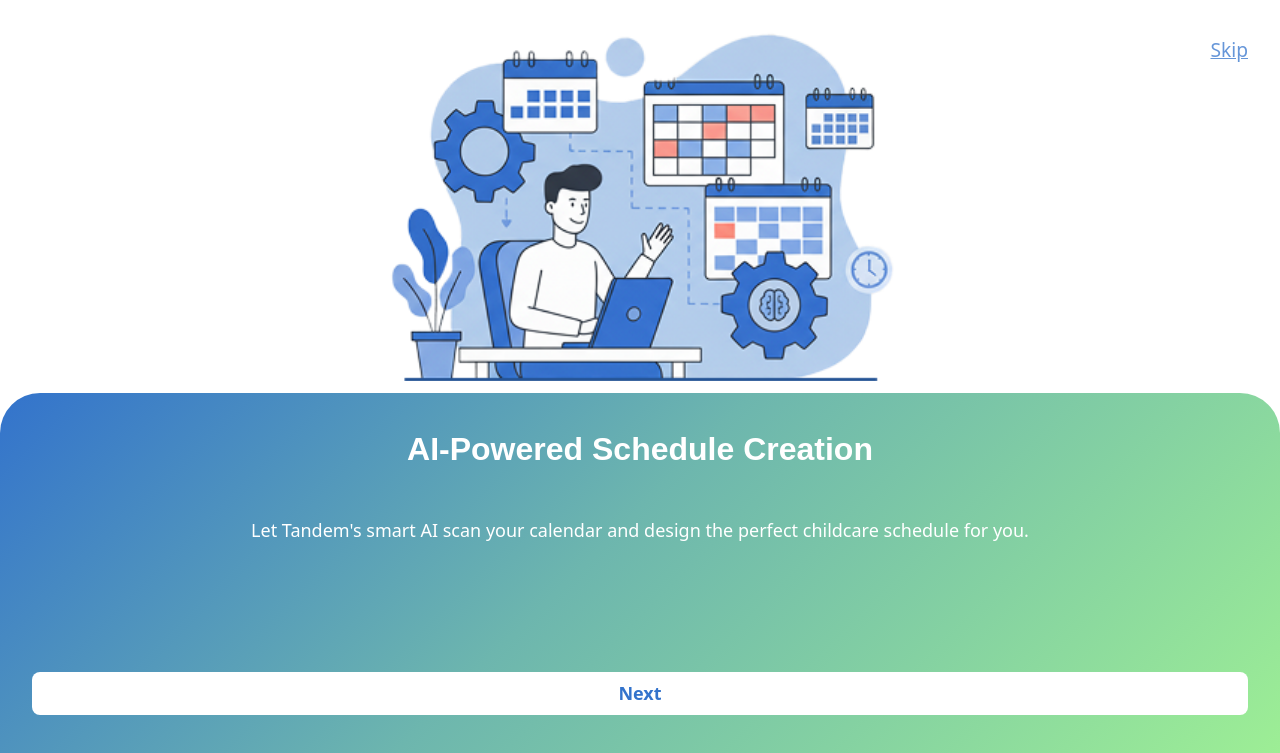
Repository: IDSP-TRADECARE/Tandem
Page: /boarding/features
The author's editor kept a copy of each file at every save. The page is drawn from the files as they stood at one save, then again after a run of saves.
The browser window is 1280 px wide. The pictures show the whole page.
The page's requests for data from a server got no answer. Some web fonts or font styles are not loaded; a fallback is used. The project was rebuilt for these pictures with package versions that can differ from the ones it lists, and the page was loaded fresh each time. Some packages were replaced by stand-ins written for this rebuild. The framework's server and built-in components were replaced by stand-ins that run in the browser. No one was signed in, and anything a server would have sent is missing. Also part of the build but not shown: next.config.ts, src/app/components/auth/AuthGuard.tsx.

Above is the page before, as saved 2025-11-23 00:32:47.

### src/app/layout.tsx
/* eslint-disable @next/next/no-page-custom-font */
import { ClerkProvider } from '@clerk/nextjs'
import { SocketProvider } from '@/lib/socket/SocketContext'
import './globals.css'
import type { Metadata } from "next";
import { AuthWrapper } from './components/auth/AuthWrapper';


export const metadata: Metadata = {
  title: "Tandem",
  description: "Share childcare with your community",
  icons: {
    icon: 'brand/logoColor.svg',
  },
};

export default function RootLayout({
  children,
}: Readonly<{
  children: React.ReactNode;
}>) {
  return (
    <ClerkProvider>
      <html lang="en">
        <head>
          {/* Omnes Pro from Adobe Fonts */}
          <link rel="stylesheet" href="https://use.typekit.net/pku8yek.css" />

          {/* Alan Sans from Google Fonts */}
          <link rel="preconnect" href="https://fonts.googleapis.com" />
          <link rel="preconnect" href="https://fonts.gstatic.com" crossOrigin="anonymous" />
          <link href="https://fonts.googleapis.com/css2?family=Alan+Sans:wght@300..900&display=swap" rel="stylesheet" />
        </head>
        <body className="antialiased">
          <SocketProvider>
            <AuthWrapper>
              {children}
            </AuthWrapper>
          </SocketProvider>
        </body>
      </html>
    </ClerkProvider>
  )
}

### src/app/boarding/features/page.tsx
"use client";
import { useState } from "react";
import { useRouter } from "next/navigation";
import styles from "./features.module.css";

const features = [
    {
        id: 1,
        title: "AI-Powered Schedule Creation",
        description:
            "Let Tandem's smart AI scan your calendar and design the perfect childcare schedule for you.",
        imgSrc: "/boarding/Graphic-ai-powered-feature1.png",
    },
    {
        id: 2,
        title: "Seamless Nanny Booking",
        description:
            "Effortlessly discover and book reliable nannies tailored to your family's needs.",
        imgSrc: "/boarding/Seamless-nanny-booking-feature2.png",
    },
    {
        id: 3,
        title: "Intelligent Nanny Sharing",
        description:
            "Team up with nearby families to share trusted nannies, cutting costs while building lasting connections.",
        imgSrc: "/boarding/Intelligent-nanny-sharing-feature3.png",
    },
];

export default function FeaturesPage() {
    const [currentIndex, setCurrentIndex] = useState(0);
    const router = useRouter();

    const handleNext = () => {
        if (currentIndex < features.length - 1) {
            setCurrentIndex(currentIndex + 1);
        } else {
            router.push("./sign-up");
        }
    };

    const handleSkip = () => {
        router.push("./sign-up");
    };

    const handlePrevious = () => {
        if (currentIndex > 0) {
            setCurrentIndex(currentIndex - 1);
        }
    };

    const currentFeature = features[currentIndex];
    const showPrevious = currentIndex > 0;

    return (
        <div className={styles.container}>
            <button
                className={styles.skipButton}
                onClick={handleSkip}
            >
                Skip
            </button>

            <div className={styles.imageSection}>
                <div className={styles.imageContainer}>
                    <img
                        src={currentFeature.imgSrc}
                        alt={`Feature ${currentFeature.id}`}
                    />
                </div>
                <div className={styles.progressDots}>
                    {features.map((_, index) => (
                        <div
                            key={index}
                            className={`${styles.dot} ${
                                index === currentIndex ? styles.active : ""
                            }`}
                        />
                    ))}
                </div>
            </div>

            <div className={styles.contentButtons}>
                <div className={styles.content}>
                    <h1 className={styles.title}>{currentFeature.title}</h1>
                    <p className={styles.description}>
                        {currentFeature.description}
                    </p>
                </div>
                <div className={styles.navigationButtons}>
                    {showPrevious && (
                        <button
                            className={styles.previousButton}
                            onClick={handlePrevious}
                        >
                            Previous
                        </button>
                    )}
                    <button
                        className={styles.nextButton}
                        onClick={handleNext}
                    >
                        Next
                    </button>
                </div>
            </div>
        </div>
    );
}

### src/lib/socket/SocketContext.tsx
'use client';

import { createContext, useContext, useEffect, useState } from 'react';
import { io, Socket } from 'socket.io-client';
import { ClientToServerEvents, ServerToClientEvents } from './types';

type TypedSocket = Socket<ServerToClientEvents, ClientToServerEvents>;

interface SocketContextType {
  socket: TypedSocket | null;
  isConnected: boolean;
}

const SocketContext = createContext<SocketContextType>({
  socket: null,
  isConnected: false,
});

export function SocketProvider({ children }: { children: React.ReactNode }) {
  const [socket, setSocket] = useState<TypedSocket | null>(null);
  const [isConnected, setIsConnected] = useState(false);

  useEffect(() => {
    const socketUrl = process.env.NEXT_PUBLIC_SOCKET_URL || 'http://localhost:3001';

    console.log('Connecting to Socket.IO server:', socketUrl);

    const socketInstance: TypedSocket = io(socketUrl, {
      transports: ['websocket', 'polling'],
    });

    socketInstance.on('connect', () => {
      console.log('✅ Socket connected:', socketInstance.id);
      setIsConnected(true);
    });

    socketInstance.on('disconnect', () => {
      console.log('❌ Socket disconnected');
      setIsConnected(false);
    });

    socketInstance.on('connect_error', (error) => {
      console.error('Socket connection error:', error);
      setIsConnected(false);
    });

    setSocket(socketInstance);

    return () => {
      socketInstance.disconnect();
    };
  }, []);

  return (
    <SocketContext.Provider value={{ socket, isConnected }}>
      {children}
    </SocketContext.Provider>
  );
}

export const useSocket = () => useContext(SocketContext);

### src/app/globals.css
@import "tailwindcss";

@theme {
  /* Font families */
  --font-family-alan: "Alan Sans", sans-serif;
  --font-family-omnes: "omnes-pro", sans-serif;

  /* Primary Colors */
  --color-primary: #3373cc;
  --color-primary-lighter: #a3c0e8;
  --color-primary-light: #91b3e3;
  --color-primary-light-hover: #91b3e3;
  --color-primary-light-active: #7aa4de;
  --color-primary-hover: #2b62ad;
  --color-primary-active: #255495;
  --color-primary-dark: #122847;
  --color-primary-dark-hover: #0d1d33;
  --color-primary-dark-active: #060d16;

  /* Secondary Colors */
  --color-secondary: #92f189;
  --color-secondary-lighter: #cef9ca;
  --color-secondary-light: #c4f7bf;
  --color-secondary-light-hover: #c4f7bf;
  --color-secondary-light-active: #b8f6b2;
  --color-secondary-hover: #7ccd74;
  --color-secondary-active: #6bb064;
  --color-secondary-dark: #335430;
  --color-secondary-dark-hover: #253c22;
  --color-secondary-dark-active: #101b0f;

  /* Analogous Colors */
  --color-analogous: #68d5ff;
  --color-analogous-lighter: #bbecff;
  --color-analogous-light: #ade8ff;
  --color-analogous-light-hover: #ade8ff;
  --color-analogous-light-active: #9de4ff;
  --color-analogous-hover: #58b5d9;
  --color-analogous-active: #4c9bba;
  --color-analogous-dark: #244b59;
  --color-analogous-dark-hover: #1a3540;
  --color-analogous-dark-active: #0b171c;

  /* Success */
  --color-success: #95b548;

  /* Warning */
  --color-warning: #d78f26;

  /* Error */
  --color-error: #c43535;

  /* Neutral Colors */
  --color-neutral-50: #e6e6e8;
  --color-neutral-100: #b0b0b8;
  --color-neutral-200: #8a8a96;
  --color-neutral-300: #545466;
  --color-neutral-400: #333349;
  --color-neutral-500: #00001b;
  --color-neutral-600: #000019;
  --color-neutral-700: #000013;
  --color-neutral-800: #00000f;
  --color-neutral-900: #00000b;
}

@layer base {
  :root {
    /* Semantic mappings for shadcn */
    --background: 0 0% 100%;
    --foreground: var(--color-neutral-500);
    --card: 0 0% 100%;
    --card-foreground: var(--color-neutral-500);
    --popover: 0 0% 100%;
    --popover-foreground: var(--color-neutral-500);
    --primary-foreground: 0 0% 98%;
    --secondary-foreground: var(--color-neutral-500);
    --muted: var(--color-neutral-50);
    --muted-foreground: var(--color-neutral-300);
    --accent: var(--color-analogous-light);
    --accent-foreground: var(--color-neutral-500);
    --destructive: var(--color-error);
    --destructive-foreground: 0 0% 98%;
    --border: var(--color-neutral-100);
    --input: var(--color-neutral-100);
    --ring: var(--color-primary);
    --radius: 0.5rem;
    --gradient-primary: linear-gradient(135deg, #3373CC 0%, #6DB6AE 46%, #9DEE95 100%);
  }

  .dark {
    --background: var(--color-neutral-500);
    --foreground: 0 0% 98%;
    --card: var(--color-neutral-400);
    --card-foreground: 0 0% 98%;
    --popover: var(--color-neutral-400);
    --popover-foreground: 0 0% 98%;
    --primary-foreground: var(--color-neutral-500);
    --secondary-foreground: 0 0% 98%;
    --muted: var(--color-neutral-300);
    --muted-foreground: var(--color-neutral-100);
    --accent: var(--color-analogous-dark);
    --accent-foreground: 0 0% 98%;
    --destructive-foreground: 0 0% 98%;
    --border: var(--color-neutral-300);
    --input: var(--color-neutral-300);
    --ring: var(--color-primary-light);
    --gradient-primary: linear-gradient(135deg, #3373CC 0%, #6DB6AE 46%, #9DEE95 100%);
  }

  /* Font utilities */
  .font-alan {
    font-family: var(--font-family-alan);
    font-optical-sizing: auto;
  }

  .font-omnes {
    font-family: var(--font-family-omnes);
  }
}

/* FullCalendar Custom Styles */
.fullcalendar-container {
  font-family: inherit;
}

.fc {
  font-size: 14px;
}

.fc .fc-toolbar-title {
  font-size: 1.5rem;
  font-weight: 700;
  color: var(--color-primary);
}

.fc .fc-button {
  background-color: var(--color-primary);
  border-color: var(--color-primary);
  color: white;
  border-radius: 8px;
  padding: 6px 12px;
  font-weight: 600;
}

.fc .fc-button:hover {
  background-color: var(--color-primary-hover);
  border-color: var(--color-primary-hover);
}

.fc .fc-button-active {
  background-color: var(--color-primary-dark);
  border-color: var(--color-primary-dark);
}

.fc .fc-col-header-cell {
  background-color: var(--color-neutral-50);
  padding: 12px;
  font-weight: 600;
  color: var(--color-primary);
}

.fc .fc-daygrid-day-number {
  font-weight: 600;
  color: var(--color-primary);
  padding: 8px;
}

.fc .fc-daygrid-day.fc-day-today {
  background-color: var(--color-primary-lighter) !important;
}

.fc .fc-event {
  border-radius: 6px;
  padding: 4px 6px;
  font-size: 12px;
  font-weight: 600;
  cursor: pointer;
}

.fc .fc-timegrid-event {
  border-radius: 6px;
  padding: 4px;
}

.fc .fc-timegrid-slot {
  height: 3em;
}

.fc .fc-scrollgrid {
  border-color: var(--neutral-100) !important;
}

@layer utilities {
  .bg-gradient-primary {
    background: var(--gradient-primary);
  }
}

### src/app/components/auth/AuthWrapper.tsx
'use client';

import { usePathname } from 'next/navigation';
import { AuthGuard } from './AuthGuard';

export function AuthWrapper({ children }: { children: React.ReactNode }) {
  const pathname = usePathname();

  // Routes that don't require authentication
  const publicRoutes = ['/boarding/features', '/sign-in', '/sign-up'];
  const isPublicRoute = pathname === '/' || publicRoutes.some(route => pathname?.startsWith(route));

  if (isPublicRoute) {
    return <>{children}</>;
  }

  return <AuthGuard>{children}</AuthGuard>;
}

### src/app/boarding/features/features.module.css
.container {
    min-height: 100vh;
    display: flex;
    flex-direction: column;
    background: #fff;
}

.skipButton {
    position: absolute;
    top: 1.75rem;
    right: 1rem;
    background: none;
    border: none;
    color: var(--color-primary);
    font-size: 1.2rem;
    cursor: pointer;
    z-index: 10;
    padding: 0.5rem 1rem;
    text-decoration: underline;
    opacity: 0.75;
}

.imageSection {
    flex: 1;
    display: flex;
    flex-direction: column;
    align-items: center;
    justify-content: center;
    background: #fff;
    padding: 0.5rem 0;
    position: relative;
    overflow: hidden;
}

.imageContainer {
    flex: 1;
    display: flex;
    align-items: center;
    justify-content: center;
    width: 100%;
    padding: 0 1rem;
}

.imageContainer img {
    width: 100%;
    max-width: 500px;
    min-width: 350px;
    height: auto;
    object-fit: contain;
    transform: scale(1.2);
}

.progressDots {
    display: flex;
    gap: 0.5rem;
    justify-content: center;
    padding: 1rem 0;
}

.dot {
    width: 1.5rem;
    height: 0.375rem;
    border-radius: 0.25rem;
    background-color: var(--color-primary-lighter);
    transition: all 0.5s;
}

.dot.active {
    background: var(--color-primary);
    width: 3rem;
}

.contentButtons {
    background: var(--gradient-primary);
    border-top-left-radius: 2.5rem;
    border-top-right-radius: 2.5rem;
    padding: 2rem;
    height: 50vh;
    width: 100%;
    display: flex;
    flex-direction: column;
    gap: 8rem;
}

.content {
    display: flex;
    flex-direction: column;
    align-items: center;
    text-align: center;
}

.title {
    font-size: 2rem;
    font-family: var(--font-family-alan);
    font-weight: 900;
    color: #fff;
    margin-bottom: 2.75rem;
}

.description {
    font-size: 1.125rem;
    color: #fff;
    margin-bottom: 0;
}

.navigationButtons {
    display: flex;
    gap: 1rem;
    width: 100%;
    margin-bottom: 1rem;
}

.previousButton {
    flex: 1;
    padding: 0.5rem;
    background: rgba(255, 255, 255, 0.2);
    color: #fff;
    border: 1px solid #fff;
    border-radius: 0.5rem;
    font-size: 1.125rem;
    font-weight: bold;
    cursor: pointer;
    transition: all 0.3s;
}

.previousButton:hover {
    background: rgba(255, 255, 255, 0.3);
}

.previousButton:active {
    opacity: 0.8;
}

.nextButton {
    flex: 1;
    padding: 0.5rem;
    background: #fff;
    color: var(--color-primary);
    border: none;
    border-radius: 0.5rem;
    font-size: 1.125rem;
    font-weight: bold;
    cursor: pointer;
    transition: opacity 0.3s;
}

.nextButton:hover {
    opacity: 0.9;
}

.nextButton:active {
    opacity: 0.8;
}

After the next 5 saves:
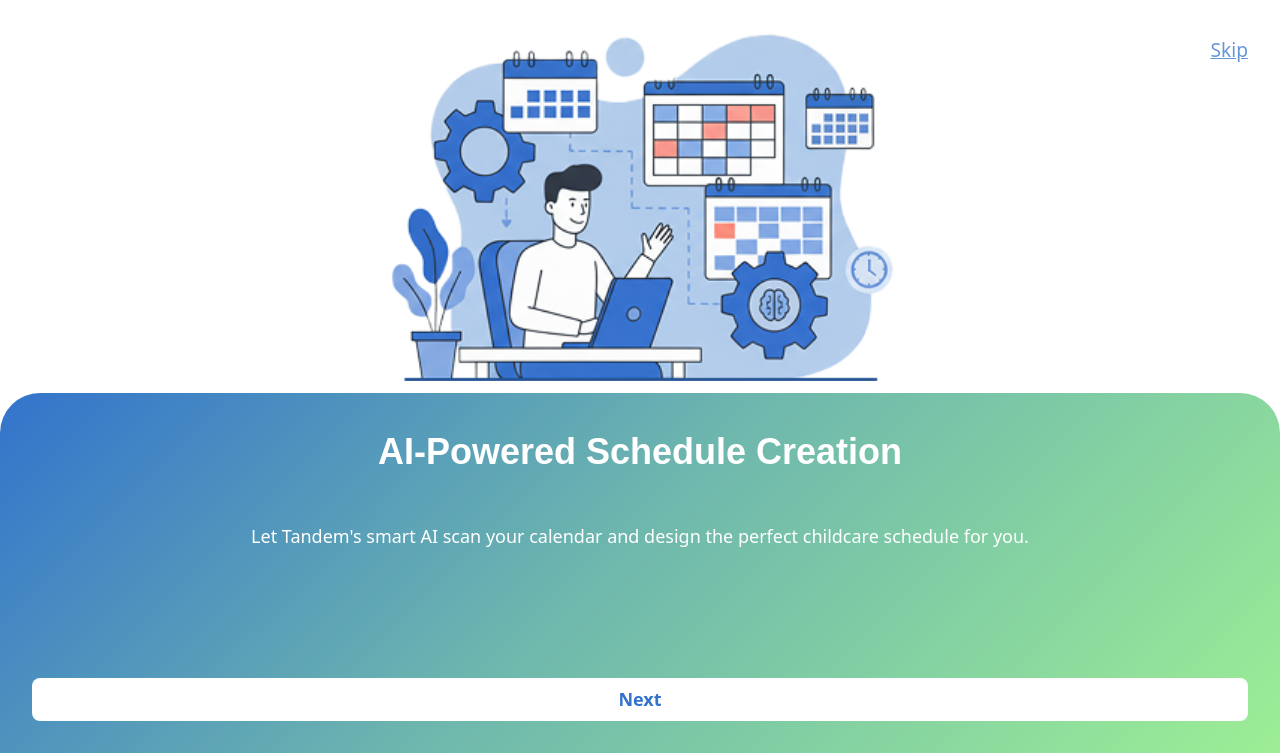
The 5 saves are shown as one change because they came seconds apart.
The last was saved 30 s later.
--- a/src/app/boarding/features/features.module.css
+++ b/src/app/boarding/features/features.module.css
@@ -90,7 +90,7 @@
 }
 
 .title {
-    font-size: 2rem;
+    font-size: 2.25rem;
     font-family: var(--font-family-alan);
     font-weight: 900;
     color: #fff;
